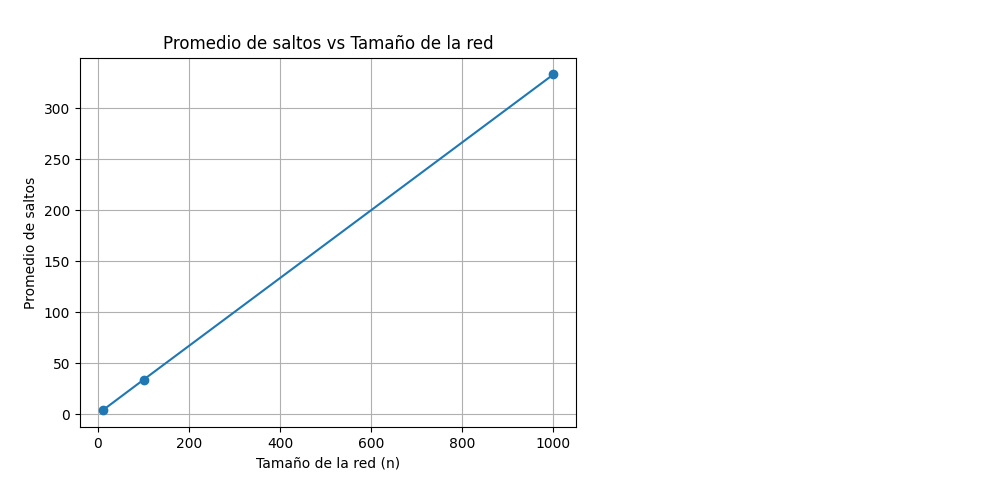
Repository: Carpinteron/TallerrRedes
Script's output: python SimulacionTaller.py
These files come from the project's save history. The script's output is drawn as it stood at one moment and after a run of saves; the edit follows.
Each picture stacks the figures in order, with grey between them; figures that are only written to a file come last. Random numbers start from a fixed seed.

Above is the script's output before, as saved 2025-02-11 08:33:12.

After the next 2 saves:
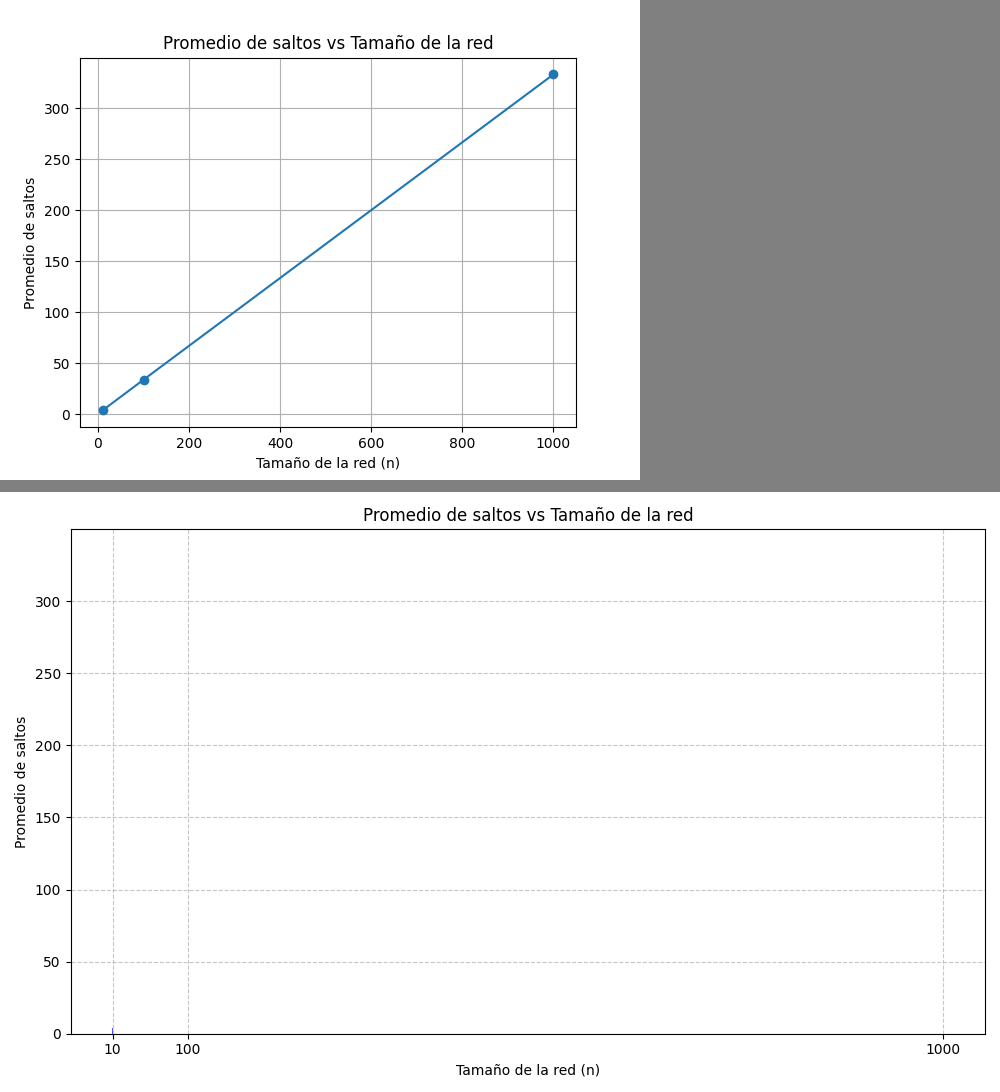
The 2 saves are shown as one change because they came seconds apart.
The last was saved 8 s later.
--- a/SimulacionTaller.py
+++ b/SimulacionTaller.py
@@ -47,3 +47,12 @@ plt.grid(True)
 plt.show()
 
 # De barras
+plt.figure(figsize=(10, 6)) # Ajustar el tamaño de la figura
+plt.bar(tamanos, promedios, color='b', alpha=0.7)
+plt.xlabel('Tamaño de la red (n)')
+plt.ylabel('Promedio de saltos')
+plt.title('Promedio de saltos vs Tamaño de la red')
+plt.xticks(tamanos) # Asegurarse de que todos los tamaños de red estén en el eje x
+plt.grid(True, linestyle='--', alpha=0.7) # Mejorar la visualización de la cuadrícula
+plt.tight_layout() # Ajustar el layout para que todo se vea bien
+plt.show()
